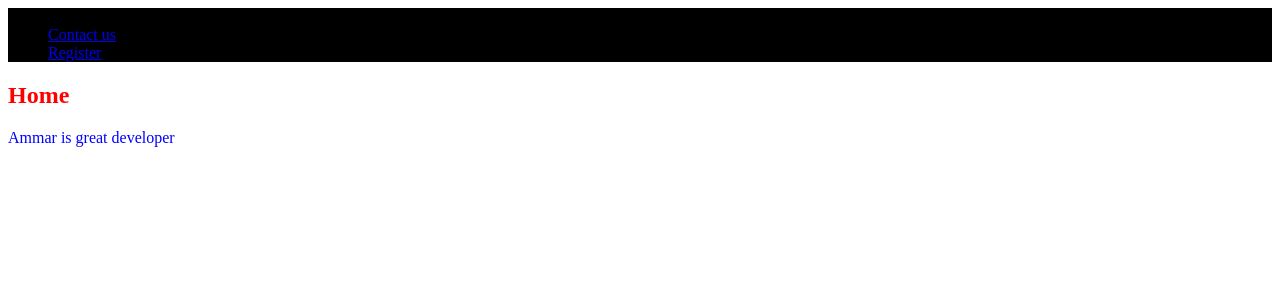
Repository: engammar111/css
Page: index.html
The author's editor kept a copy of each file at every save. The page is drawn from the files as they stood at one save, then again after the next save.
The browser window is 1280 px wide. The pictures show the whole page.

Above is the page before, as saved 2021-07-31 15:03:18.

After the next save:
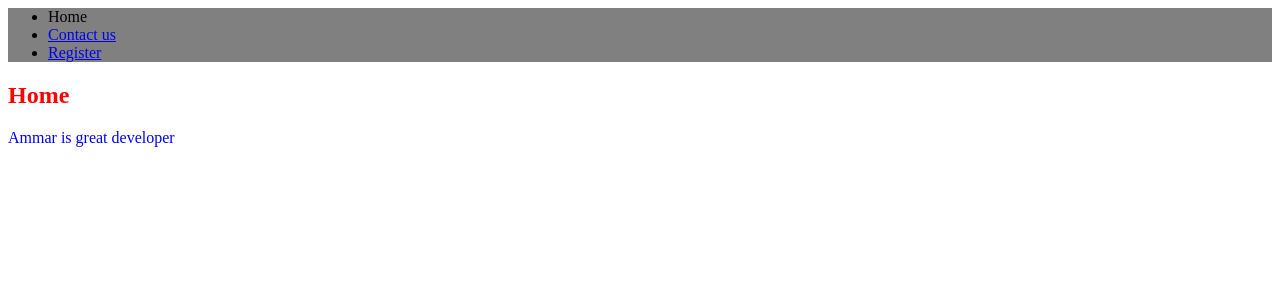
Saved 11 s later.
--- a/index.html
+++ b/index.html
@@ -4,7 +4,7 @@
     <title>css</title>
   </head>
   <body>
-    <header style="background-color: black">
+    <header style="background-color: grey">
       <nav>
         <ul>
           <li>Home</li>
